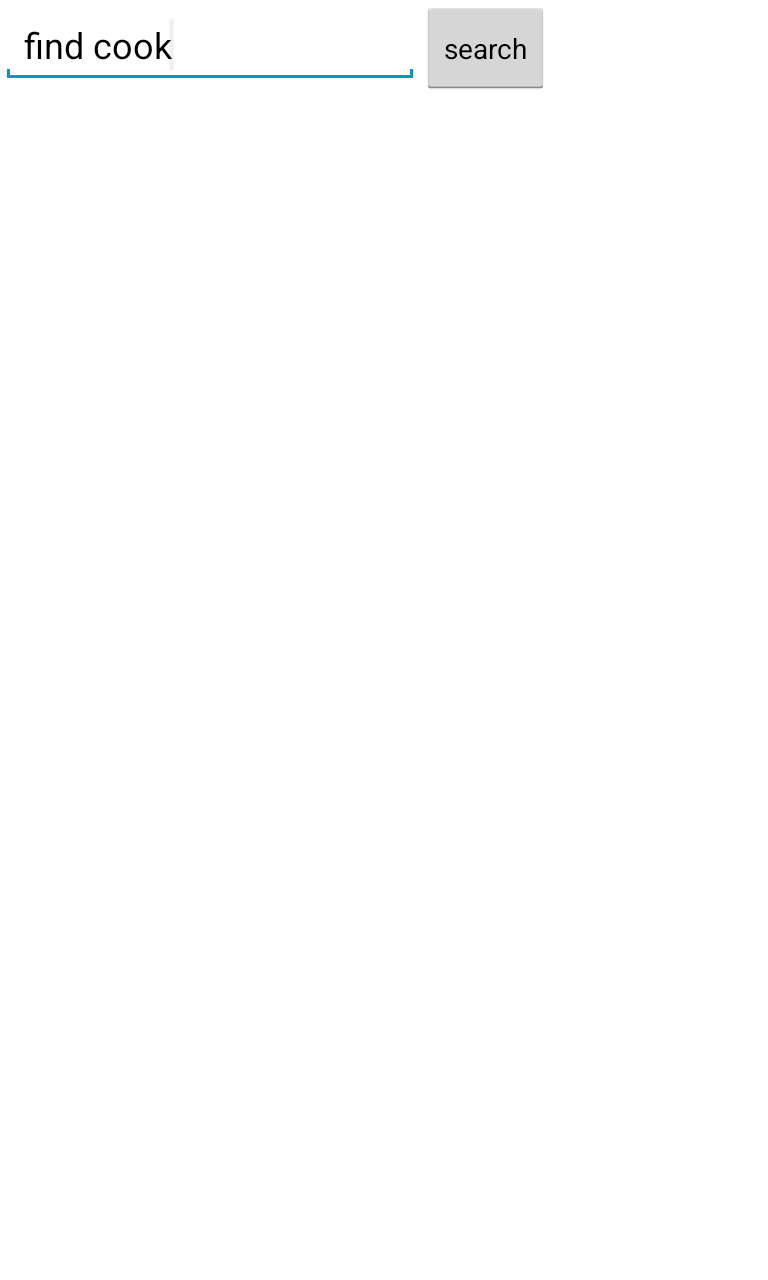
Repository: KnightFreedom/cookcook
Layout: client/CookCook/res/layout/browse_activity.xml
The author's editor kept a copy of each file at every save. The layout is drawn from the files as they stood at one save, then again after the next save.
It is drawn on a 768 x 1280 px phone screen (xhdpi) without system bars, with theme AppTheme; the app's code is not run.

Above is the layout before, as saved 2017-05-11 10:21:49.

### client/CookCook/res/layout/browse_activity.xml
<?xml version="1.0" encoding="utf-8"?>
<LinearLayout xmlns:android="http://schemas.android.com/apk/res/android"
    android:layout_width="match_parent"
    android:layout_height="match_parent"
    android:orientation="vertical" >

    <LinearLayout
        android:layout_width="match_parent"
        android:layout_height = "wrap_content"
        android:orientation="horizontal" >

        <AutoCompleteTextView
            android:id="@+id/searchTxt"
            android:layout_width="wrap_content"
            android:layout_height="wrap_content"
            android:ems="10"
            android:text="find cook" >

            <requestFocus />
        </AutoCompleteTextView>

        <Button
            android:id="@+id/searchBtn"
            style="?android:attr/buttonStyleSmall"
            android:layout_width="wrap_content"
            android:layout_height="wrap_content"
            android:text="search"
            android:layout_marginRight="2"
            />

    </LinearLayout>

</LinearLayout>

Loaded but not shown: client/CookCook/res/values/styles.xml (common file); client/CookCook/res/values-v11/styles.xml (common file); client/CookCook/res/values-v14/styles.xml (common file)

After the next save:
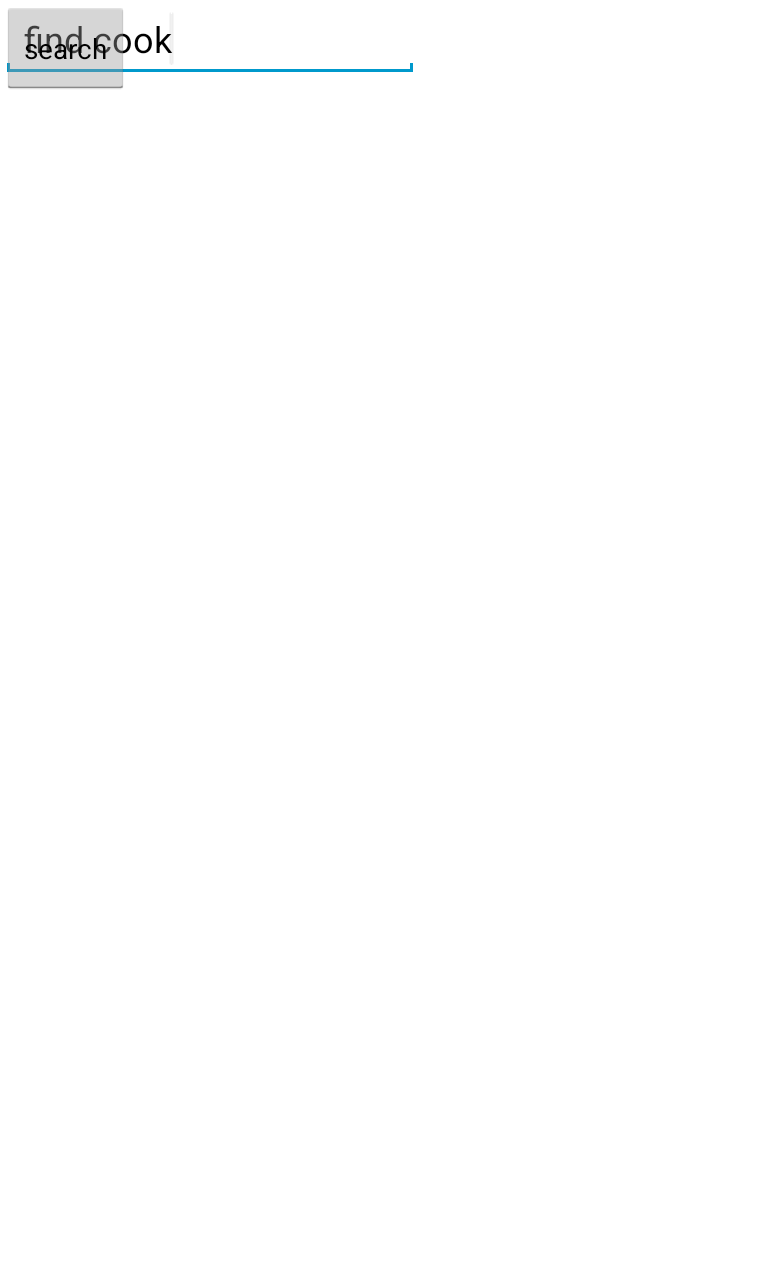
Saved 116 s later.
--- a/client/CookCook/res/layout/browse_activity.xml
+++ b/client/CookCook/res/layout/browse_activity.xml
@@ -4,7 +4,7 @@
     android:layout_height="match_parent"
     android:orientation="vertical" >
 
-    <LinearLayout
+    <RelativeLayout
         android:layout_width="match_parent"
         android:layout_height = "wrap_content"
         android:orientation="horizontal" >
@@ -25,9 +25,8 @@
             android:layout_width="wrap_content"
             android:layout_height="wrap_content"
             android:text="search"
-            android:layout_marginRight="2"
             />
 
-    </LinearLayout>
+    </RelativeLayout>
 
 </LinearLayout>
